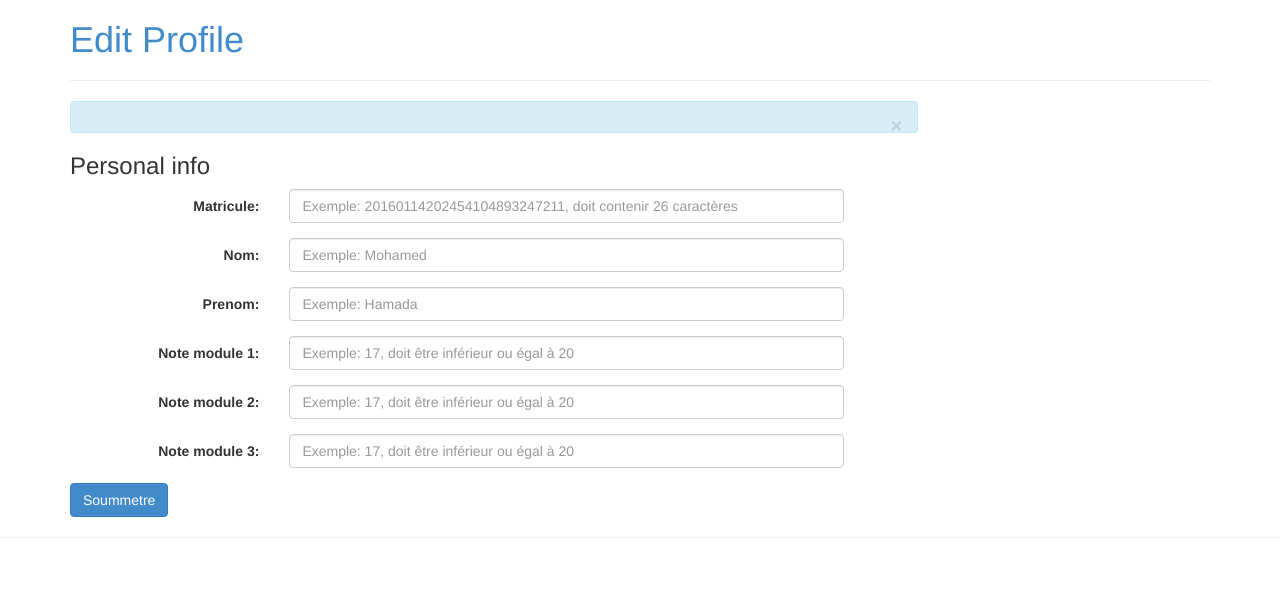
Repository: tt5300447/parakeet
Page: http://localhost/
An editor plug-in stored every save of this project. The page is shown before and after the next save, followed by the edit.
The browser window is 1280 px wide. The pictures show the whole page.
The page is run by PHP 8.4 with error messages shown; the project is at /var/www/html/.

Above is the page before, as saved 2022-06-21 16:43:11.
Console error (its wording comes from the project's code and is left out).

After the next save:
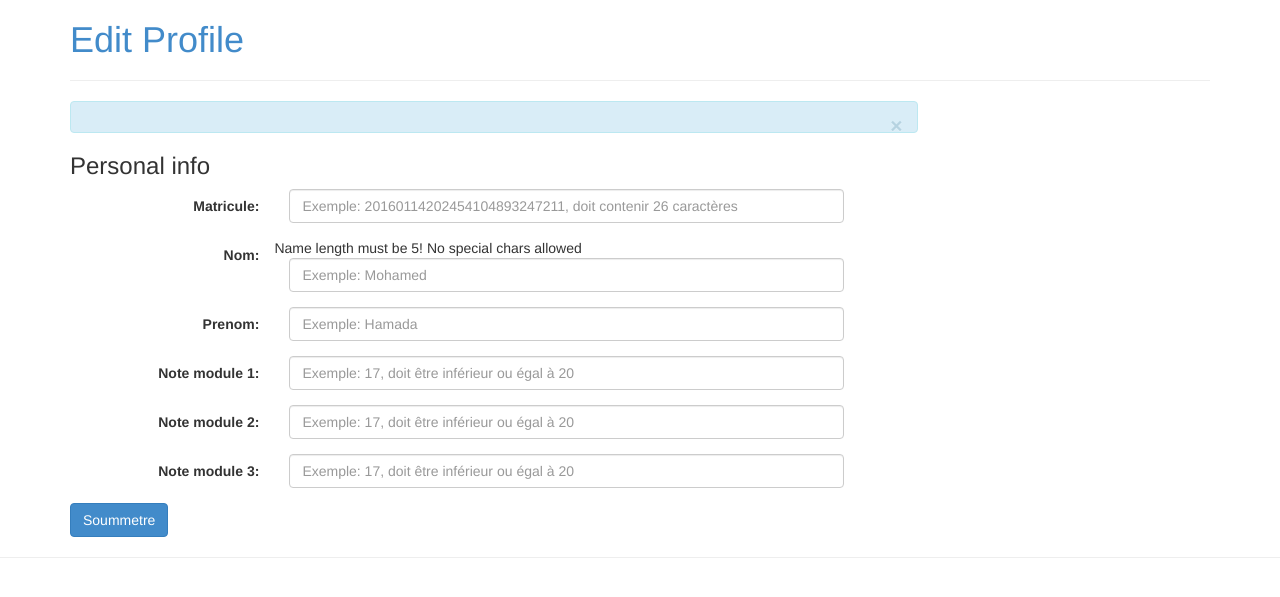
Saved 67 s later.
--- a/Copier/htdocs/Ajouter/index.php
+++ b/Copier/htdocs/Ajouter/index.php
@@ -28,7 +28,6 @@
                     <i class="fa fa-coffee"></i>
                 </div>
                 <h3>Personal info</h3>
-
                 <form class="form-horizontal" method="post" role="form">
                     <div class="form-group">
                         <label class="col-lg-3 control-label">Matricule:</label>
@@ -38,6 +37,7 @@
                     </div>
                     <div class="form-group">
                         <label class="col-lg-3 control-label">Nom:</label>
+                        <span class="signup-error" id="errorname">Name length must be 5! No special chars allowed</span>
                         <div class="col-lg-8">
                             <input class="form-control" type="text" placeholder="Exemple: Mohamed" />
                         </div>
